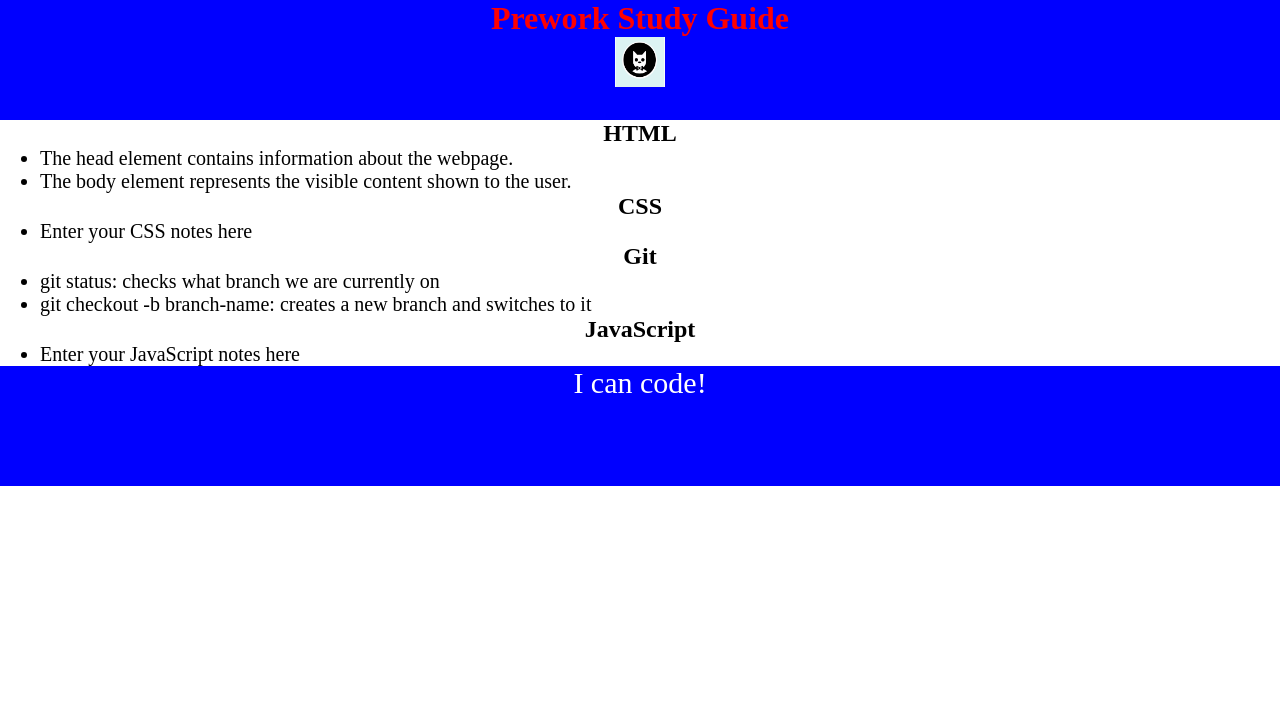
Repository: OKJay50/prework-study-guide
Page: index.html
An editor plug-in stored every save of this project. The page is shown before and after the next save, followed by the edit.
The browser window is 1280 px wide. The pictures show the whole page.

Above is the page before, as saved 2023-04-27 22:22:21.

After the next save:
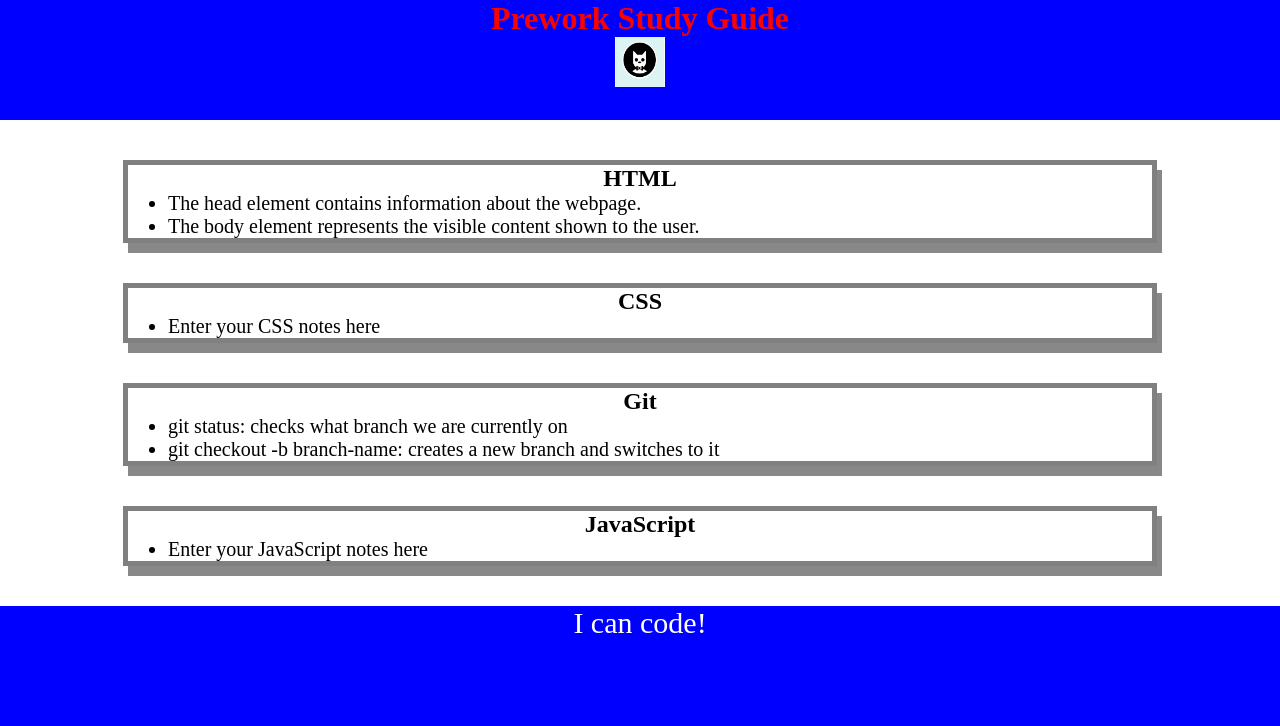
Saved 55 s later.
--- a/assets/style.css
+++ b/assets/style.css
@@ -28,3 +28,9 @@
     text-align: center;
     font-size: 30px;
   }
+  .card {
+    width: 80%;
+    margin: 40px auto;
+    border: 5px solid gray;
+    box-shadow: 5px 10px #888888;
+  }
